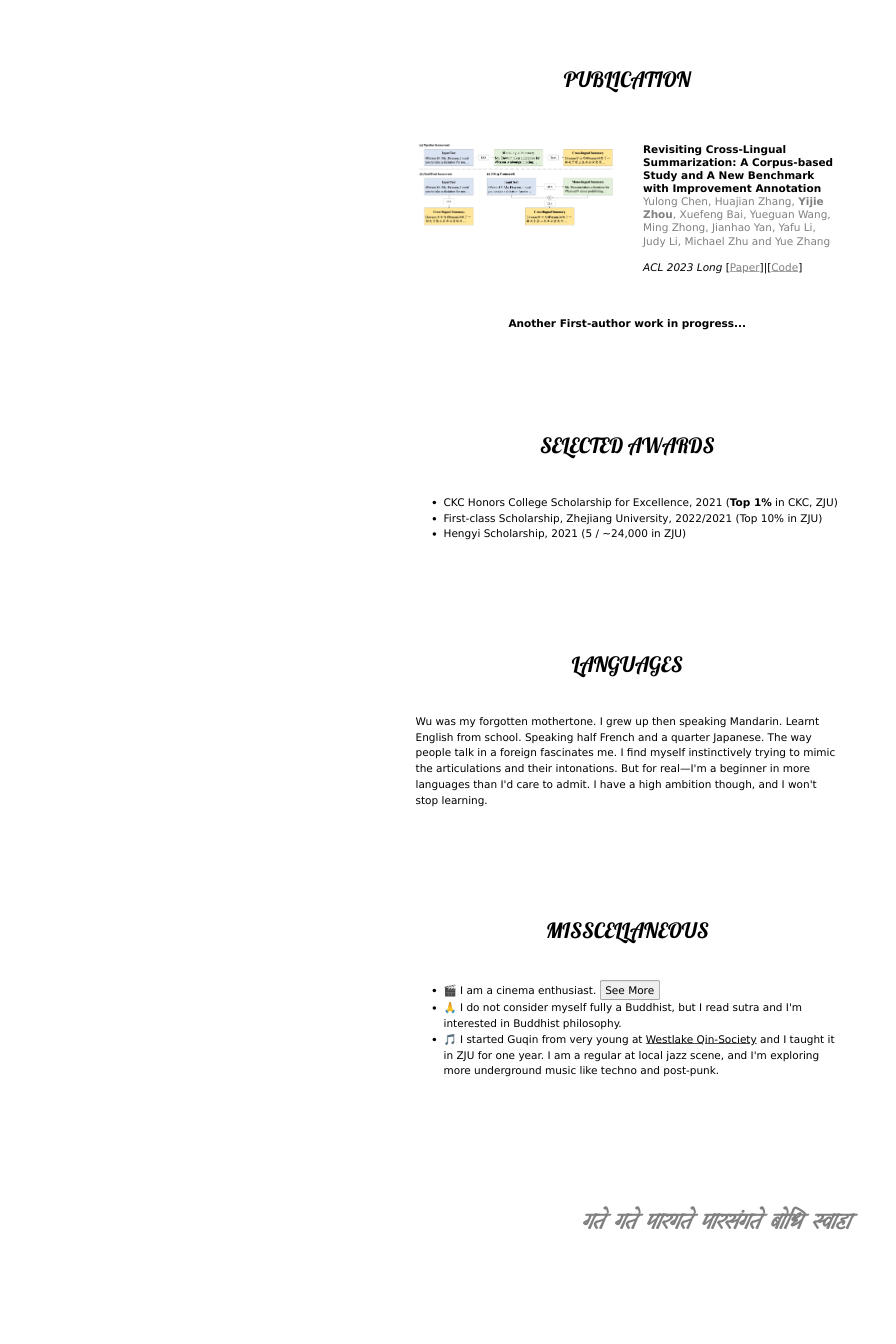
Repository: Ej-zhou/ej-zhou.github.io
Page: index.html
These files come from the project's save history. The page is drawn as it stood at one moment and after a run of saves; the edit follows.
The browser window is 1280 px wide. The pictures show the part of the page from y = 2788 to 4708 px (the page is 4708 px tall), at 70% of full size.
Some web fonts or font styles are not loaded; a fallback is used.

Above is the page before, as saved 2023-08-26 16:34:38.

After the next 2 saves:
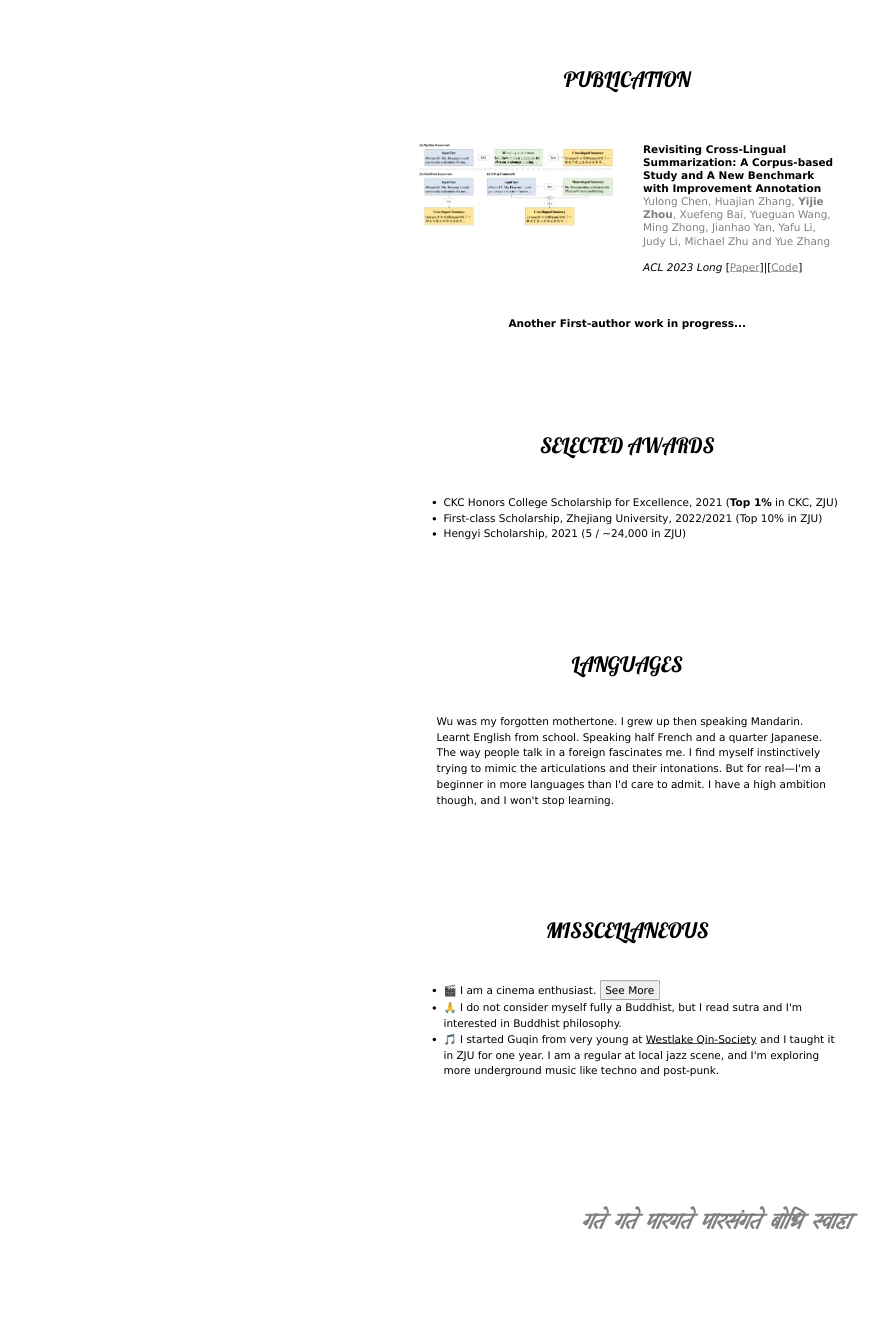
The 2 saves are shown as one change because they came seconds apart.
The last was saved 21 s later.
--- a/index.html
+++ b/index.html
@@ -482,7 +482,7 @@
 
       <h2>LANGUAGES</h2>
       <br/>
-      <p style="text-align: left;">
+      <p style="text-align: left; padding-left: 30px;">
       Wu was my forgotten mothertone. I grew up then speaking Mandarin. Learnt English from school.
       Speaking half French and a quarter Japanese. The way people talk in a foreign fascinates me.  I find myself instinctively trying to mimic the articulations and their intonations.
       But for real—I'm a beginner in more languages than I'd care to admit. I have a high ambition though, and I won't stop learning.
